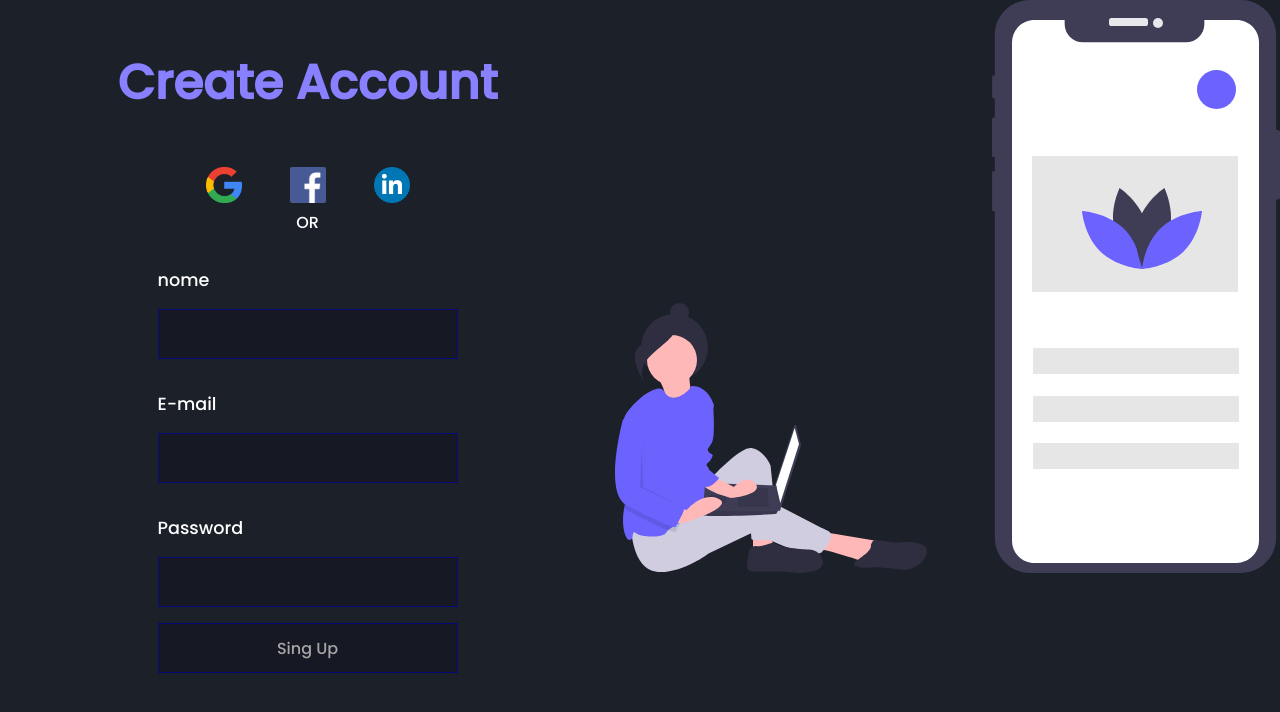
Repository: daniel-victorr/Cadastro
Page: login.html
An editor plug-in stored every save of this project. The page is shown before and after the next save, followed by the edit.
The browser window is 1280 px wide. The pictures show the whole page.

Above is the page before, as saved 2022-02-17 16:35:30.

### login.html
<!DOCTYPE html>
<html lang="en">
<head>
    <meta charset="UTF-8">
    <meta http-equiv="X-UA-Compatible" content="IE=edge">
    <meta name="viewport" content="width=device-width, initial-scale=1.0">
    <link rel="stylesheet" href="Cadastro.css">
    <title>Cadastro</title>
</head>
<body>
    <main>
        <h1> Create Account</h1>
          <div class="Social-midia">
             <a href="#">
                <img src="Fotos/google.png" alt="Google">
             </a>
             <a href="#">
                <img src="Fotos/facebook.png" alt="Facebook">
             </a>
             <a href="#">
                <img src="Fotos/linkedin.png"alt="linkedin">
             </a>
          </div>
          <div class="Alternativa">
              <span>OR</span>
          </div>
          <form action="">
              <label for="nome">
                 <span>nome</span>
                 <input type="text" id="nome" name="nome">
              </label>

              <label for="Email">
                  <span>E-mail</span>
                  <input type="text" id="Email" name="Email">
              </label>

              <label for="password">
                  <span>Password</span>
                  <input type="Password" id="Password" name="Password">
              </label>
              <input type="submit" value="Sing Up">

          </form>
    </main>
    <section clas="images">
        <img src="Fotos/mobile.svg" alt="Mobile">
        <div class="circle"></div>
    </section>

</body>
</html>

### Cadastro.css
@import url('https://fonts.googleapis.com/css2?family=Poppins:ital,wght@0,500;1,200&family=Titillium+Web:wght@200&display=swap');

*{
    margin:0;
    padding: 0;
    border: 0;
    box-sizing: border-box;
    font-family: "Poppins",sans-serif;
}

body{
    background: #1B2029;
    color: white;
    font-weight: 500;
    display: flex;
    min-height: 100vh;

}

main{
    width: 50vw;
    display: flex;
    flex-direction: column;
    align-items: center;
    justify-content: center;
}

main h1{
    color:#8880FE;
    font-size: 3rem;
    margin-bottom: 3rem;
}

main .Social-midia{
    display: flex;
    align-content: center;
}

main .Social-midia a{
    text-decoration: none;
}

main .Social-midia img{
    width: 36px;
    margin-left: 3rem;
}

main .Social-midia a:first-child img{
    margin-left: 0;
}

main form{
    display:flex;
    flex-direction: column;
    align-items: center;
}

main form label{
    display: flex;
    flex-direction: column;
}

main form label span{
    font-size: 1.1rem;
    margin-top: 2rem;

}

main form input{
    background: #161923;
    width: 300px;
    height: 50px;
    padding: 0 0.5rem;
    margin-top: 1rem;
    outline: nome;
    color: rgba(166,166,166);
    font-size: 1rem;
    border: 1px solid #040B78;
}

After the next save:
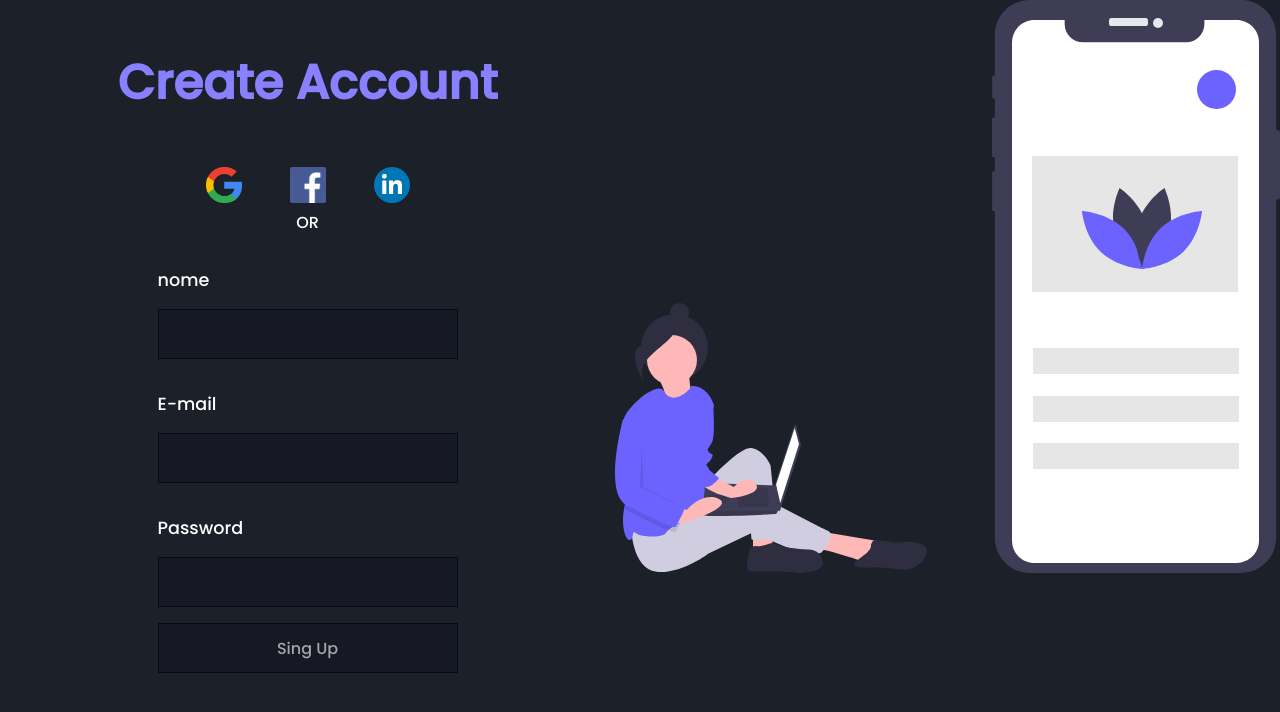
Saved 11 s later.
--- a/Cadastro.css
+++ b/Cadastro.css
@@ -75,5 +75,5 @@ main form input{
     outline: nome;
     color: rgba(166,166,166);
     font-size: 1rem;
-    border: 1px solid #040B78;
+    border: 1px solid #040B18;
 }
